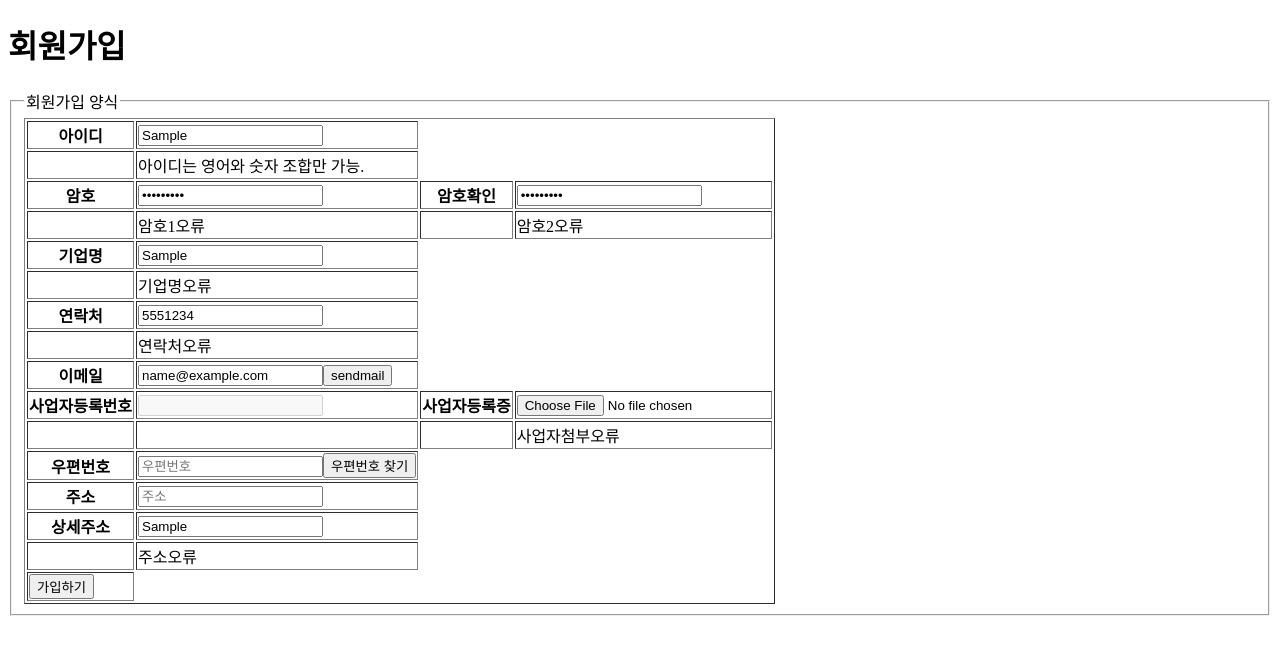
Repository: jsung95/MY_JEE_BAK
Page: http://localhost/notice_test/WEB-INF/views/register/register.jsp
These files come from the project's save history. The page is drawn as it stood at one moment and after the next save; the edit follows.
The browser window is 1280 px wide. The pictures show the whole page.
Empty fields were first filled with sample values (such as "Sample", 5 or name@example.com).
After loading, the first visible `#memberid` was changed once.
The page is served by Tomcat 9. Nobody is signed in. The template is opened directly, without the code that normally fills it, so the values that code supplies are empty.

Above is the page before, as saved 2021-08-22 02:54:36.

After the next save:
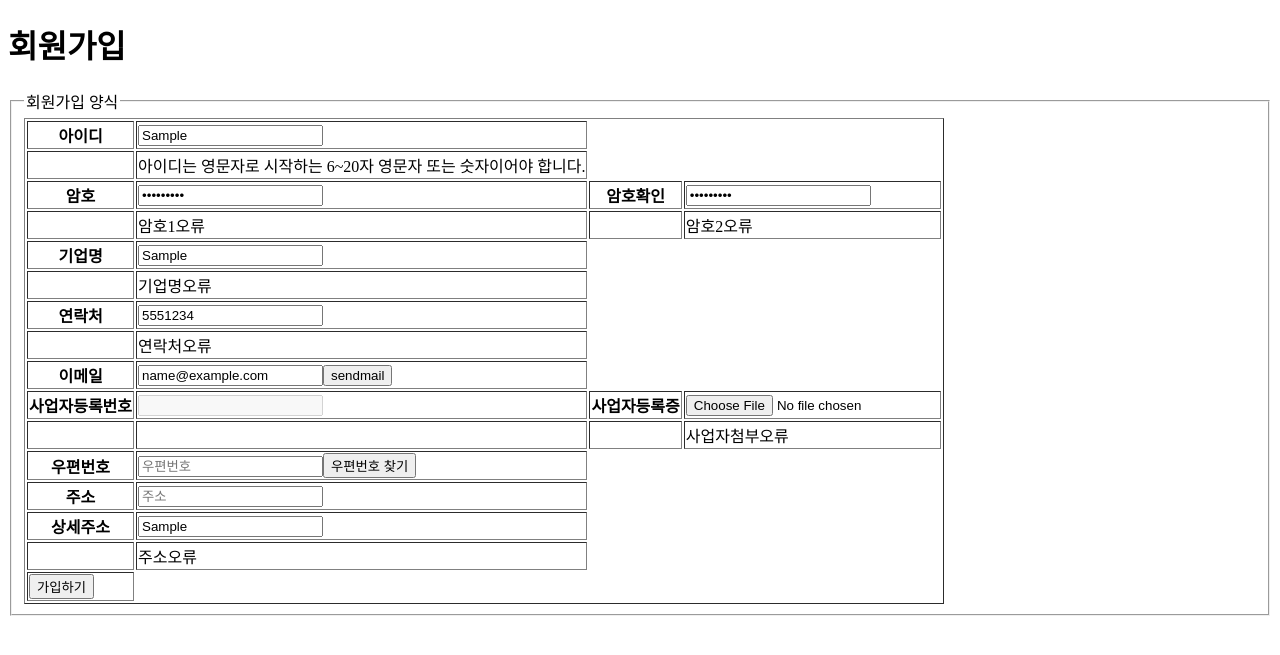
Saved 116 s later.
--- a/notice_test/src/main/webapp/WEB-INF/views/register/register.jsp
+++ b/notice_test/src/main/webapp/WEB-INF/views/register/register.jsp
@@ -193,18 +193,12 @@
             if($('#memberid').val() == "" || $('#memberid').val().length == 0){
                 $('#id_error').text('아이디를 입력해주세요.');
             } else {
-                var pattern = /^[a-z]+[a-z0-9]*$/;
+                var pattern = /^[a-z]+[a-z0-9]$/;
                 if(!pattern.test($('#memberid').val())){
-                    $('#id_error').text('아이디는 영어와 숫자 조합만 가능.');
+                    $('#id_error').text('아이디는 영문자로 시작하는 6~20자 영문자 또는 숫자이어야 합니다.');
 
                 } else {
-                	var pattern = /^[a-z]+[a-z0-9]{6,12}$/;
-                    if(!pattern.test($('#memberid').val())){
-                    	$('#id_error').text('아이디는 8~12자로 입력.');
-                    } else {
-                    	$('#id_error').text('');
-                    }
-
+                	$('#id_error').text('');
                 }//if-else
             }//if-else
         });//id_error
